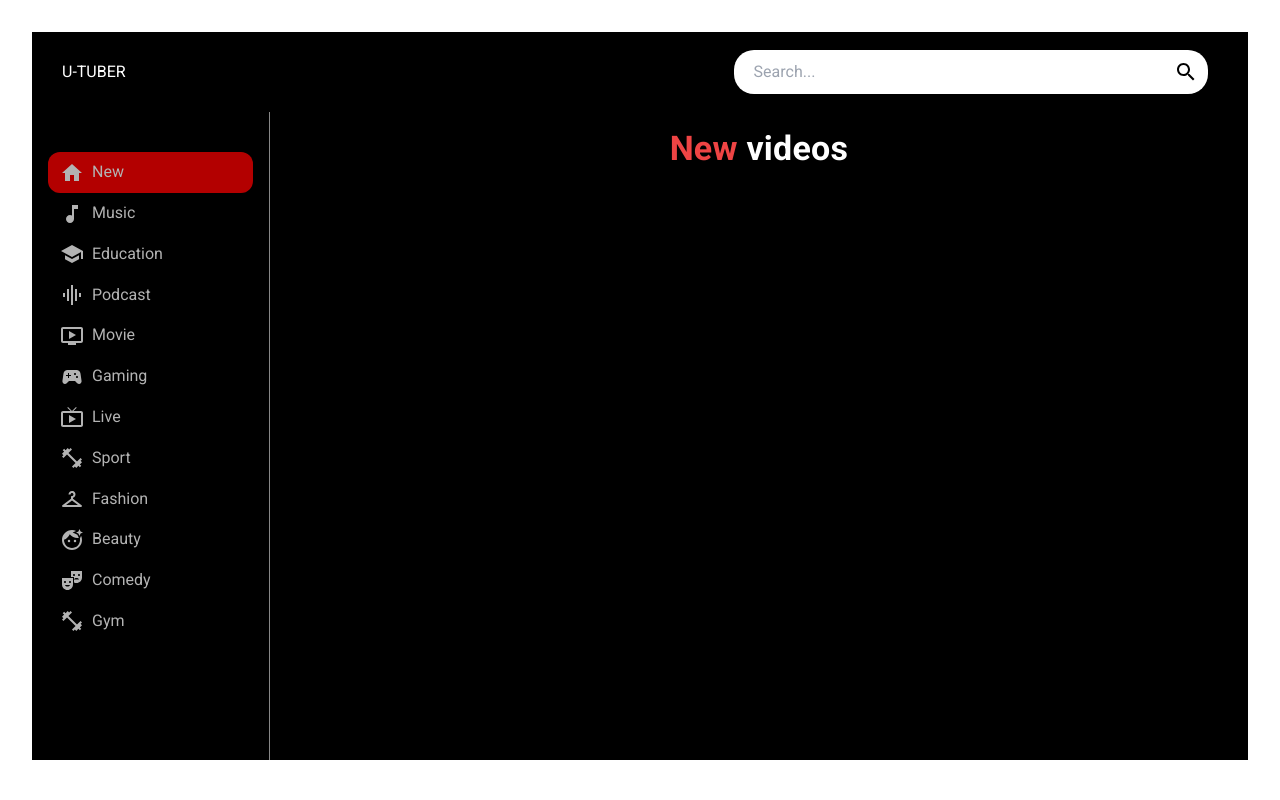
Repository: Nurlan-Bakenbaev/YoutubeClone
Page: /
An editor plug-in stored every save of this project. The page is shown before and after the next save, followed by the edit.
The browser window is 1280 px wide. The pictures show the whole page.
The page's requests for data from a server got no answer. The project was rebuilt for these pictures with package versions that can differ from the ones it lists, and the page was loaded fresh each time. No one was signed in, and anything a server would have sent is missing. Also part of the build but not shown: vite.config.js, src/components/VideoCard.jsx, src/components/ChannelCard.jsx, src/components/VideoDetails.jsx, src/components/SearchFeed.jsx, src/components/ChannelDetails.jsx.

Above is the page before, as saved 2023-09-08 15:30:07.

### index.html
<!DOCTYPE html>
<html lang="en">
  <head>
    <link
      rel="stylesheet"
      href="https://fonts.googleapis.com/icon?family=Material+Icons"
    />
    <link rel="preconnect" href="https://fonts.googleapis.com" />
    <link rel="preconnect" href="https://fonts.gstatic.com" crossorigin />
    <link
      rel="stylesheet"
      href="https://fonts.googleapis.com/css2?family=Roboto:wght@300;400;500;600;700&display=swap"
    />

    <meta charset="UTF-8" />
    <link rel="icon" type="image/svg+xml" href="/vite.svg" />
    <meta name="viewport" content="width=device-width, initial-scale=1.0" />
    <title>Youtube Clone</title>
  </head>
  <body>
    <div id="root"></div>
    <script type="module" src="/src/main.jsx"></script>
  </body>
</html>

### src/App.jsx
import "./App.css";
import { BrowserRouter, Routes, Route } from "react-router-dom";
import { Box } from "@mui/material";
import Navbar from './components/Navbar'
import Feed from './components/Feed'
import VideoDetails from './components/VideoDetails'
import SearchFeed from './components/SearchFeed'
import ChannelDetails from './components/ChannelDetails'


const App = () => (
  <BrowserRouter>
    <Box sx={{ backgroundColor: "#000" }}>
      <Navbar/>
      <Routes>
        <Route path="/" element={<Feed />} />
        <Route path="/video/:id" element={<VideoDetails />} />
        <Route path="/channel/:id" element={<ChannelDetails />} />
        <Route path="/search/:searchTerm" element={<SearchFeed />} />
      </Routes>
    </Box>
  </BrowserRouter>
);

export default App;

### src/index.css
@import "tailwindcss/base";
@import "tailwindcss/components";
@import "tailwindcss/utilities";


body {
  font-family: "Roboto", sans-serif;
  margin: 0;
  padding: 0;
  box-sizing: border-box;
}
a{
  color:inherit;
  text-decoration: none;
}

### src/components/Navbar.jsx
import { Stack } from "@mui/material";
import { Link } from "react-router-dom";
import SearchBar from "./SearchBar";

const Navbar = () => {
  return (
    <Stack
      direction="row"
      alignItems="center"
      sx={{
        position: "sticky",
        background: "black",
        top: "0",
        justifyContent: "space-between",
        height: "80px",
        pl:'30px'
      }}
    >
      <Stack
        sx={{
          display: "flex",
          flexDirection: "row",
          alignItems: "center",
        }}
      >
        <Link className="hidden md:block" to={"/"}>
           <h1 className="text-bold text-white">U-TUBER</h1>
        </Link>
      </Stack>
      <SearchBar />
    </Stack>
  );
};

export default Navbar;

### src/components/Feed.jsx
import React, { useState, useEffect } from "react";
import { Box, Stack, Typography } from "@mui/material";
import SideBar from "./SideBar";
import Videos from "./Videos";
import { fetchFromAPI } from "./helpers/fetchFromAPI";

const Feed = () => {
  const [selectedCategory, setSelectedCategory] = useState("New");
  const [videos, setVideous] = useState([]);
  useEffect(() => {
    fetchFromAPI(`search?part=snippet&q=
    ${selectedCategory}`).then((data) => setVideous(data.items));
  }, [selectedCategory]);

  return (
    <Stack sx={{ flexDirection: { sx: "column", md: "row" } }}>
      <Box
        sx={{
          height: { sx: "auto", md: "90vh" },
          borderRight: "1px solid #878787 ",
          px: { sx: 0, md: 2 },
        }}
      >
        <SideBar
          selectedCategory={selectedCategory}
          setSelectedCategory={setSelectedCategory}
        />
        <Typography
          className="copyright"
          variant="body2"
          sx={{ mt: 1.5, color: "white" }}
        >
          Copyrights 2023 Nurlan-Develop
        </Typography>
      </Box>
      <Box p={2} sx={{ overflowY: "auto", height: "90vh", flex: 2 }}>
        <Typography
          variant="h4"
          fontWeight="bold"
          mb={2}
          sx={{ color: "white" }}
        >
          <span className="text-red-500">{selectedCategory}</span> videos
          <Videos videos={videos} />
        </Typography>
      </Box>
    </Stack>
  );
};

export default Feed;

### src/components/SearchBar.jsx
import React from "react";
import { useState } from "react";
import { useNavigate } from "react-router-dom";
import { Paper, IconButton } from "@mui/material";
import SearchIcon from "@mui/icons-material/Search";
const SearchBar = () => {
  return (
    <Paper
      component="form"
      onSubmit={() => {}}
      sx={{
        borderRadius: "20px",
        pl: 2,
        boxShadow: "none",
        display: "flex",
        alignItems: "center",
        minWidth:"40%",
        mr: { sm: 5 },
      }}
    >
      <input
        className="flex-1 p-1 outline-none"
        placeholder="Search..."
        type="text"
        onChange={() => {}}/>
      <IconButton type="submit" sx={{ p: "10px", color: "black" }}>
        <SearchIcon />
      </IconButton>
    </Paper>
  );
};

export default SearchBar;

### src/components/SideBar.jsx
import React from "react";
import { Stack } from "@mui/material";
import { categories } from "./helpers/constants";

const SideBar = ({ selectedCategory, setSelectedCategory }) => {
  return (
    <Stack
      direction="row"
      sx={{
        marginTop: { sx: 5, md: 5 },
        overflowY: "",
        overflowX: "auto",
        height: { sx: "auto", md: "95%" },
        flexDirection: { md: "column" },
      }}
    >
      {categories.map((cat) => (
        <button
          onClick={() => setSelectedCategory(cat.name)}
          key={cat.name}
          style={{ background: cat.name === selectedCategory && "red" }}
          className="
        flex gap-2 items-center
         hover:bg-red-500 text-white
          py-2 px-3 rounded-xl opacity-[0.7] hover:opacity-[1]"
        >
          <span>{cat.icon}</span>
          <span className="hidden md:block">{cat.name}</span>
        </button>
      ))}
    </Stack>
  );
};

export default SideBar;

### src/components/Videos.jsx
import React from "react";
import { Stack, Box } from "@mui/material";
import VideoCard from "./VideoCard";
import ChannelCard from "./ChannelCard";
const Videos = ({ videos }) => {
  return (
    <Stack  direction="row" justifyContent="start"margin='auto' flexWrap="wrap" gap={2}>
      {videos.map((item, idx) => (
        <Box key={idx}>
          {item.id.videoId && <VideoCard video={item} />}
          {item.id.channelId && <ChannelCard channelDetail={item} />}
        </Box>
      ))}
    </Stack>
  );
};

export default Videos;

### src/components/helpers/fetchFromAPI.js
import axios from "axios";


const BASE_URL = "https://youtube-v31.p.rapidapi.com";

const options = {
  params: {

    maxResults: "10",
  },
  headers: {
    "X-RapidAPI-Key": 'dfd9fd22a4msh387268f5a8f5fb7p1284fdjsne6bbd54d9622',
    "X-RapidAPI-Host": "youtube-v31.p.rapidapi.com",
  },
};
export const fetchFromAPI = async (url) => {
  const { data } = await axios.get(`${BASE_URL}/${url}`, options);
  return data;
};

### src/components/helpers/constants.jsx
import MusicNoteIcon from '@mui/icons-material/MusicNote';
import HomeIcon from '@mui/icons-material/Home';
import CodeIcon from '@mui/icons-material/Code';
import OndemandVideoIcon from '@mui/icons-material/OndemandVideo';
import SportsEsportsIcon from '@mui/icons-material/SportsEsports';
import LiveTvIcon from '@mui/icons-material/LiveTv';
import SchoolIcon from '@mui/icons-material/School';
import FaceRetouchingNaturalIcon from '@mui/icons-material/FaceRetouchingNatural';
import CheckroomIcon from '@mui/icons-material/Checkroom';
import GraphicEqIcon from '@mui/icons-material/GraphicEq';
import TheaterComedyIcon from '@mui/icons-material/TheaterComedy';
import FitnessCenterIcon from '@mui/icons-material/FitnessCenter';
import DeveloperModeIcon from '@mui/icons-material/DeveloperMode';


export const categories = [
  { name: 'New', icon: <HomeIcon />, },
  { name: 'Music', icon: <MusicNoteIcon /> },
  { name: 'Education', icon: <SchoolIcon />, },
  { name: 'Podcast', icon: <GraphicEqIcon />, },
  { name: 'Movie', icon: <OndemandVideoIcon />, },
  { name: 'Gaming', icon: <SportsEsportsIcon />, },
  { name: 'Live', icon: <LiveTvIcon />, },
  { name: 'Sport', icon: <FitnessCenterIcon />, },
  { name: 'Fashion', icon: <CheckroomIcon />, },
  { name: 'Beauty', icon: <FaceRetouchingNaturalIcon />, },
  { name: 'Comedy', icon: <TheaterComedyIcon />, },
  { name: 'Gym', icon: <FitnessCenterIcon />, },
];

export const demoThumbnailUrl = 'https://i.ibb.co/G2L2Gwp/API-Course.png';
export const demoChannelUrl = '/channel/UCmXmlB4-HJytD7wek0Uo97A';
export const demoVideoUrl = '/video/GDa8kZLNhJ4';
export const demoChannelTitle = 'JavaScript Mastery';
export const demoVideoTitle = 'Build and Deploy 5 JavaScript & React API Projects in 10 Hours - Full Course | RapidAPI';
export const demoProfilePicture = 'http://dergipark.org.tr/assets/app/images/buddy_sample.png'

Loaded but not shown: src/main.jsx (common file); src/App.css (common file); tailwind.config.js (common file)

After the next save:
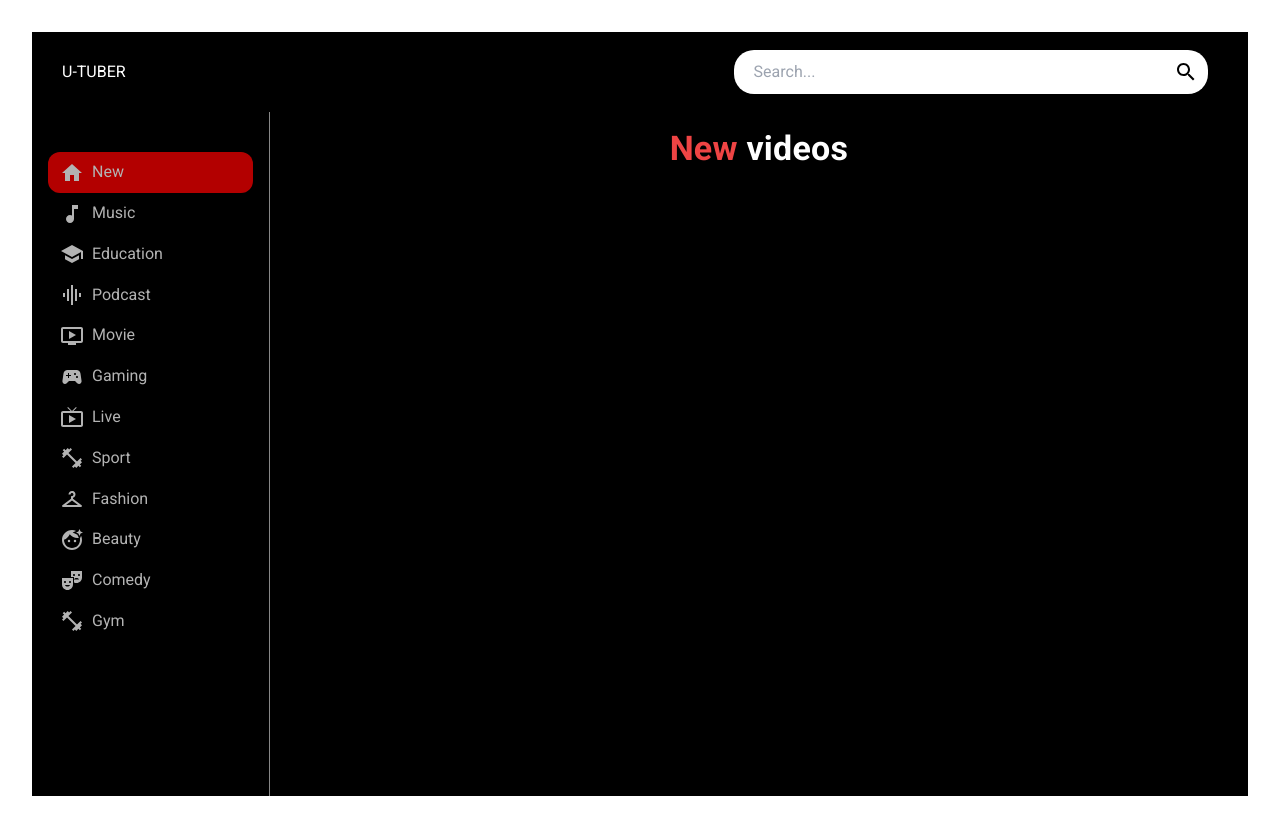
Saved 14 s later.
--- a/src/components/Feed.jsx
+++ b/src/components/Feed.jsx
@@ -16,7 +16,7 @@ const Feed = () => {
     <Stack sx={{ flexDirection: { sx: "column", md: "row" } }}>
       <Box
         sx={{
-          height: { sx: "auto", md: "90vh" },
+          height: { sx: "auto", md: "95vh" },
           borderRight: "1px solid #878787 ",
           px: { sx: 0, md: 2 },
         }}
